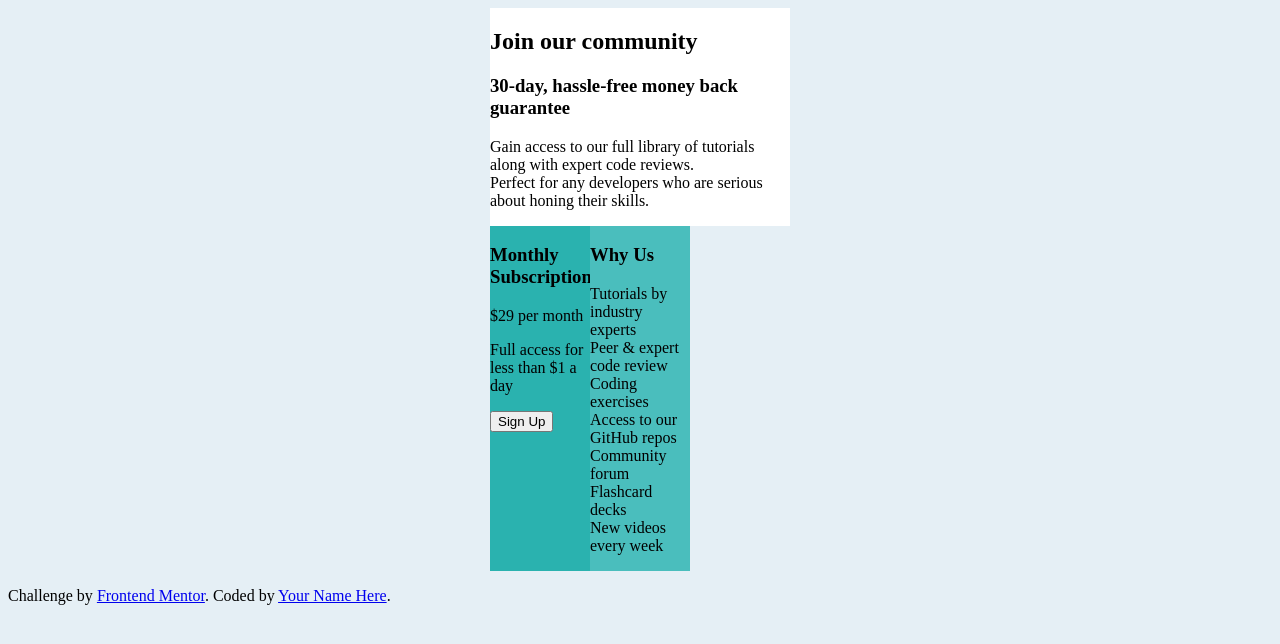
Repository: jminervino/PriceGridComponent
Page: index.html
These files come from the project's save history. The page is drawn as it stood at one moment and after the next save; the edit follows.
The browser window is 1280 px wide. The pictures show the whole page.

Above is the page before, as saved 2022-02-07 10:56:20.

### index.html
<!DOCTYPE html>
<html lang="en">
<head>
  <meta charset="UTF-8">
  <meta name="viewport" content="width=device-width, initial-scale=1.0"> <!-- displays site properly based on user's device -->

  <link rel="icon" type="image/png" sizes="32x32" href="./images/favicon-32x32.png">
  <link rel="stylesheet" href="style.css">

  <title>Frontend Mentor | Single Price Grid Component</title>

  <!-- Feel free to remove these styles or customise in your own stylesheet 👍 -->
  <style>
    .attribution { font-size: 11px; text-align: center; }
    .attribution a { color: hsl(228, 45%, 44%); }
  </style>
</head>
<body>
    <section>
        <div class="container">
            <div class="box-one">
                <h2>Join our community</h2>
                <h3>30-day, hassle-free money back guarantee</h3>
                <p>
                    Gain access to our full library of tutorials along with expert code reviews. <br>
                    Perfect for any developers who are serious about honing their skills.
                </p>
            </div>
            <div class="box-two">
                <h3>Monthly Subscription</h3>
                <p><span>&dollar;</span>29 per month</p>
                <p>Full access for less than &dollar;1 a day</p>
                <button>Sign Up</button>
            </div>
            <div class="box-three">
                <h3>Why Us</h3>
                <p>
                    Tutorials by industry experts <br>
                    Peer &amp; expert code review <br>
                    Coding exercises <br>
                    Access to our GitHub repos <br>
                    Community forum <br>
                    Flashcard decks <br>
                    New videos every week <br>
                </p>
            </div>
        </div>
    </section>
  <footer>
    <p>
      Challenge by <a href="https://www.frontendmentor.io?ref=challenge" target="_blank">Frontend Mentor</a>.
      Coded by <a href="#">Your Name Here</a>.
    </p>
  </footer>
</body>
</html>

### style.css
@import url('https://fonts.googleapis.com/css2?family=Karla:ital,wght@0,200;1,200&family=Open+Sans+Condensed:wght@300&family=Quicksand:wght@300;400;500;600;700&display=swap');

body {
    background-color: hsl(204, 43%, 93%);
}

.container {
    display: grid;
    justify-content: center;
    flex-direction: column;
    grid-template-columns: 100px 100px 100px;
    grid-auto-rows: minmax(50px, auto);

}

.box-one  {
    background-color: #ffffff;
    grid-column: 1/4;
}

.box-two {
    background-color: hsl(179, 62%, 43%);
}

.box-three {
    background-color: #4abebd;
}

After the next save:
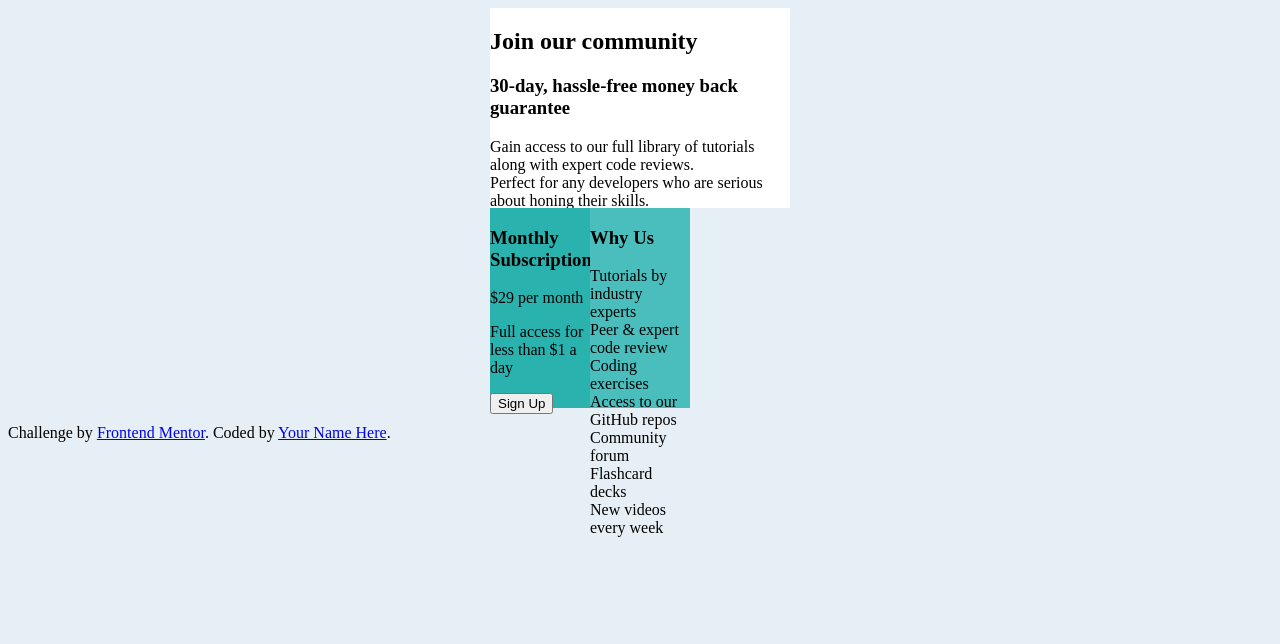
Saved 62 s later.
--- a/style.css
+++ b/style.css
@@ -9,7 +9,7 @@ body {
     justify-content: center;
     flex-direction: column;
     grid-template-columns: 100px 100px 100px;
-    grid-auto-rows: minmax(50px, auto);
+    grid-auto-rows: 200px;
 
 }
 

After the save that followed:
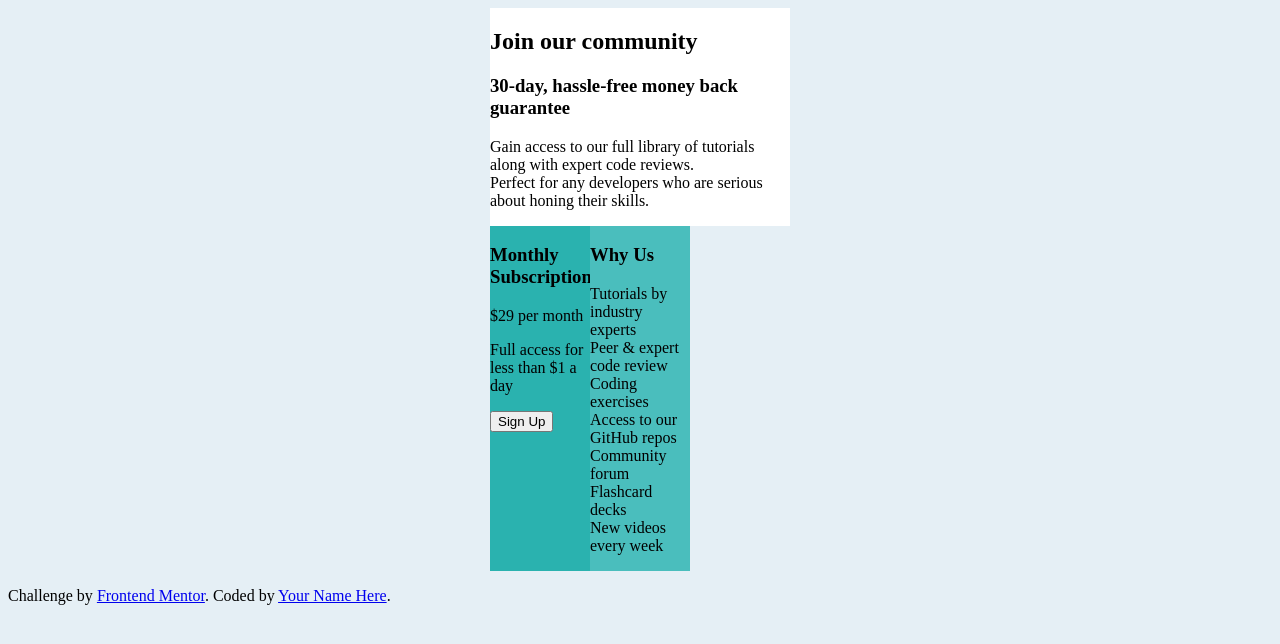
Saved 7 s later.
--- a/style.css
+++ b/style.css
@@ -9,7 +9,7 @@ body {
     justify-content: center;
     flex-direction: column;
     grid-template-columns: 100px 100px 100px;
-    grid-auto-rows: 200px;
+    grid-auto-rows: minmax(50px, auto);
 
 }
 
